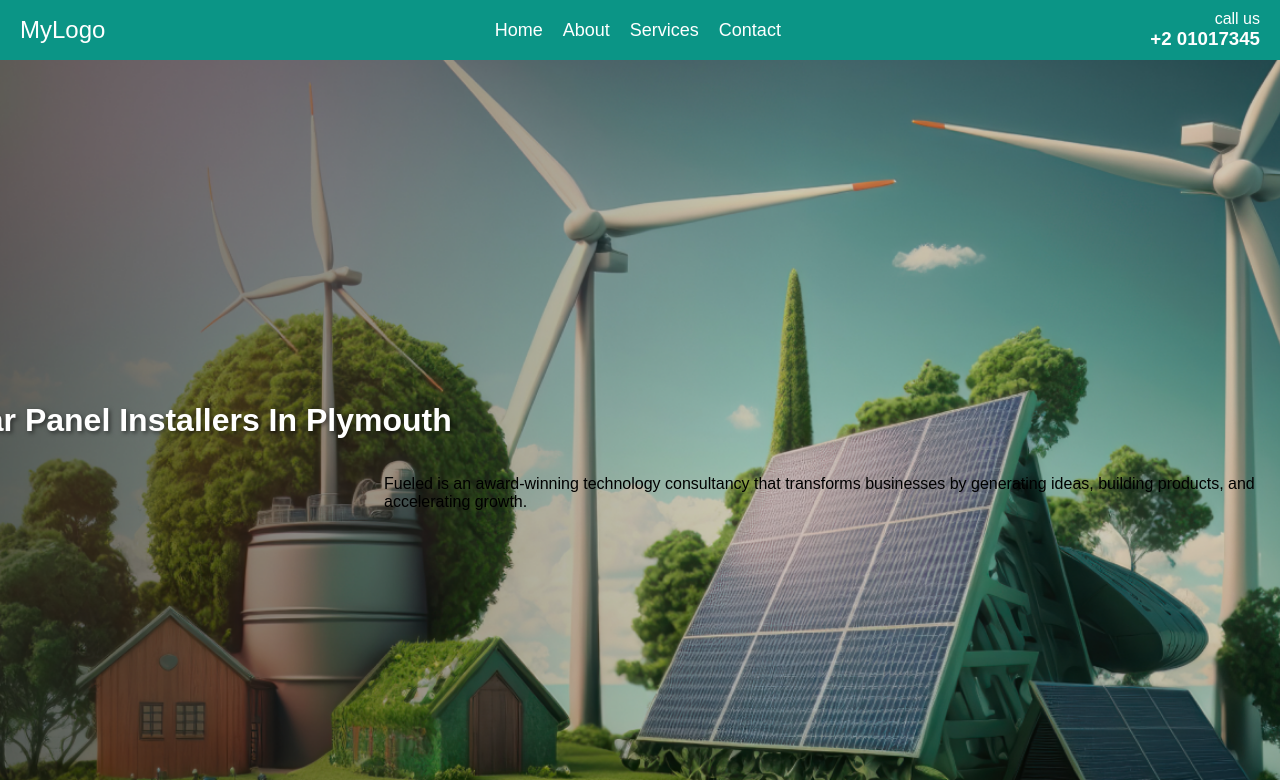
Repository: MaramNabil872/Landing-Page
Page: landingPage.html
These files come from the project's save history. The page is drawn as it stood at one moment and after the next save; the edit follows.
The browser window is 1280 px wide. The pictures show the whole page.

Above is the page before, as saved 2024-10-20 20:23:08.

### landingPage.html
<!DOCTYPE html>
<html lang="en">
    <head>
        <meta charset="UTF-8" />
        <meta name="viewport" content="width=device-width, initial-scale=1.0" />
        <title>Landing Page</title>
        <link rel="stylesheet" href="landingPage.css" />
    </head>
    <body>
        <nav class="navbar">
            <div class="logo">MyLogo</div>

            <ul class="nav-links">
                <li><a href="#home">Home</a></li>
                <li><a href="#about">About</a></li>
                <li><a href="#services">Services</a></li>
                <li><a href="#contact">Contact</a></li>
            </ul>
            <div class="call">
                <p>call us</p>
                <h3>+2 01017345</h3>
            </div>
        </nav>

        <div class="image-container">
            <img
                src="images/solar-panels-meadow 1.png"
                alt="Background Image"
                class="background-image"
            />
            <div class="main-text">
                <h2 class="text-wallpaper">
                    Solar Panel Installers In Plymouth
                </h2>
                <br />
                <p>
                    Fueled is an award-winning technology consultancy that
                    transforms businesses by generating ideas, building
                    products, and accelerating growth.
                </p>
            </div>
        </div>
    </body>
</html>

### landingPage.css
* {
    margin: 0;
    padding: 0;
    box-sizing: border-box; /* Added for consistent sizing */
}

body {
    font-family: Arial, sans-serif;
}

.navbar {
    background-color: #0b9586;
    display: flex;
    justify-content: space-between;
    align-items: center;
    padding: 10px 20px;
    position: relative;
    flex-wrap: wrap; /* Allow items to wrap on smaller screens */
}

.logo {
    color: #fff;
    font-size: 24px;
}

.nav-links {
    list-style: none;
    display: flex;
    flex-wrap: wrap; /* Allow links to wrap on smaller screens */
}

.nav-links li {
    margin-left: 20px;
}

.nav-links a {
    text-decoration: none;
    color: white;
    font-size: 18px;
    transition: color 0.3s;
}

.nav-links a:hover {
    color: #f0a500;
}

.call {
    color: #fff;
    text-align: right; /* Align text to the right */
}

.image-container {
    position: relative;
    width: 100%;
    height: 100vh; /* Full screen height */
    overflow: hidden; /* Hide overflow */
}

.background-image {
    width: 100%;
    height: 100%;
    object-fit: cover; /* Ensure the image covers the entire container */
}
.main-text{
    position: absolute;
    top: 50%;
    left: 30%;
}
.text-wallpaper {

    transform: translate(-50%, -50%);
    color: white;
    font-size: 2rem;
    font-weight: bold;
    text-shadow: 2px 2px 4px rgba(0, 0, 0, 0.5);
}

/* Media Queries for Responsiveness */
@media (max-width: 768px) {
    .navbar {
        flex-direction: column; /* Stack items vertically */
        align-items: flex-start; /* Align items to the left */
    }

    .nav-links {
        margin-top: 10px; /* Space between navbar and links */
    }

    .nav-links li {
        margin-left: 0;
        margin-bottom: 10px; /* Space between links */
    }

    .text-overlay {
        font-size: 1.5rem; /* Smaller text size for mobile */
    }
}

@media (max-width: 480px) {
    .text-overlay {
        font-size: 1.2rem; /* Even smaller text size for very small screens */
    }

    .call h3 {
        font-size: 1.2rem; /* Adjust call size for small screens */
    }
}

After the next save:
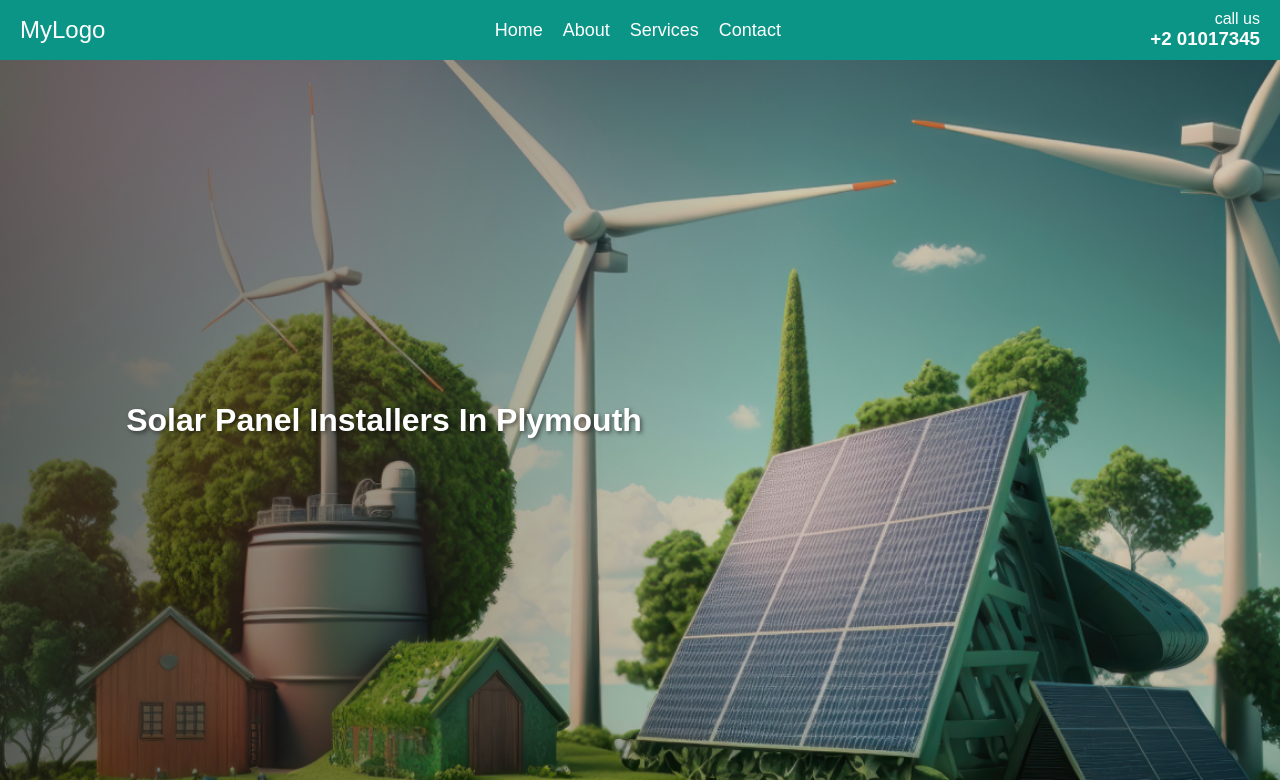
Saved 11 s later.
--- a/landingPage.html
+++ b/landingPage.html
@@ -33,11 +33,11 @@
                     Solar Panel Installers In Plymouth
                 </h2>
                 <br />
-                <p>
+                <!-- <p>
                     Fueled is an award-winning technology consultancy that
                     transforms businesses by generating ideas, building
                     products, and accelerating growth.
-                </p>
+                </p> -->
             </div>
         </div>
     </body>

After the 2 saves that followed:
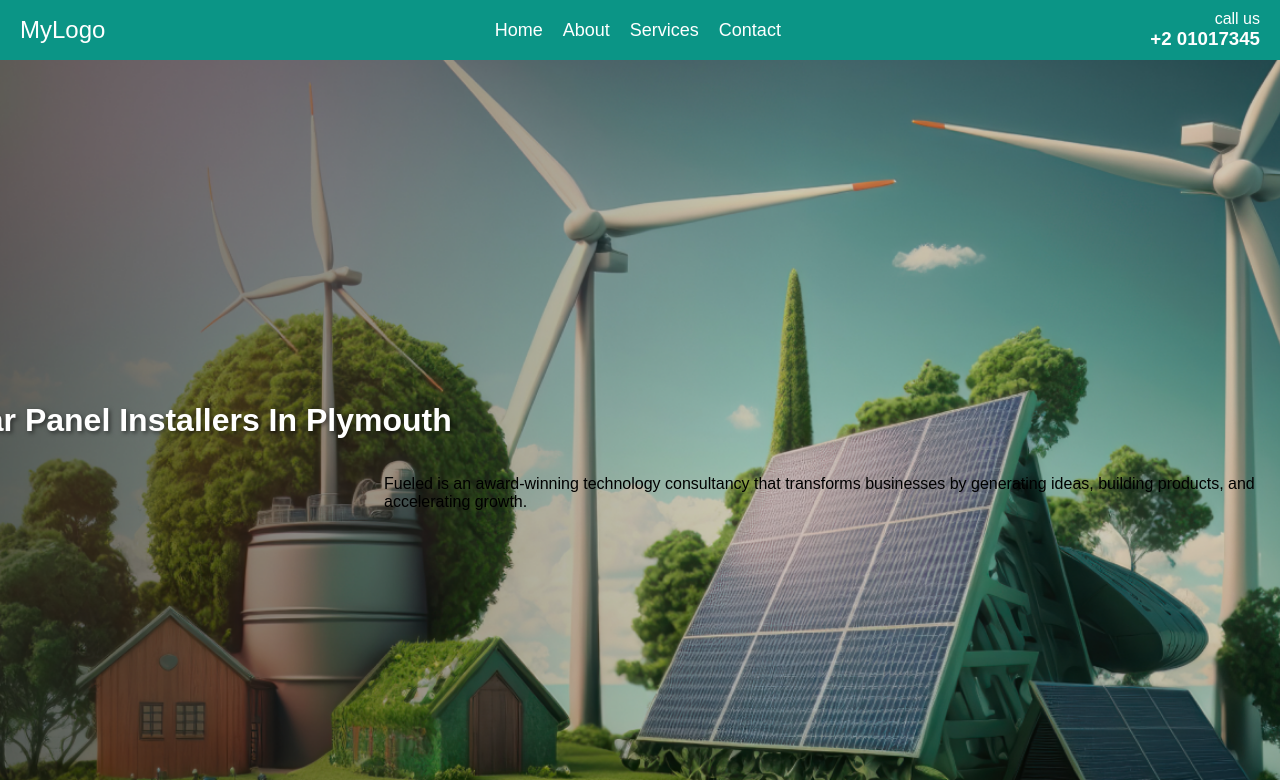
The 2 saves are shown as one change because they came seconds apart.
The last was saved 13 s later.
--- a/landingPage.html
+++ b/landingPage.html
@@ -33,11 +33,11 @@
                     Solar Panel Installers In Plymouth
                 </h2>
                 <br />
-                <!-- <p>
+                <p >
                     Fueled is an award-winning technology consultancy that
                     transforms businesses by generating ideas, building
                     products, and accelerating growth.
-                </p> -->
+                </p>
             </div>
         </div>
     </body>
